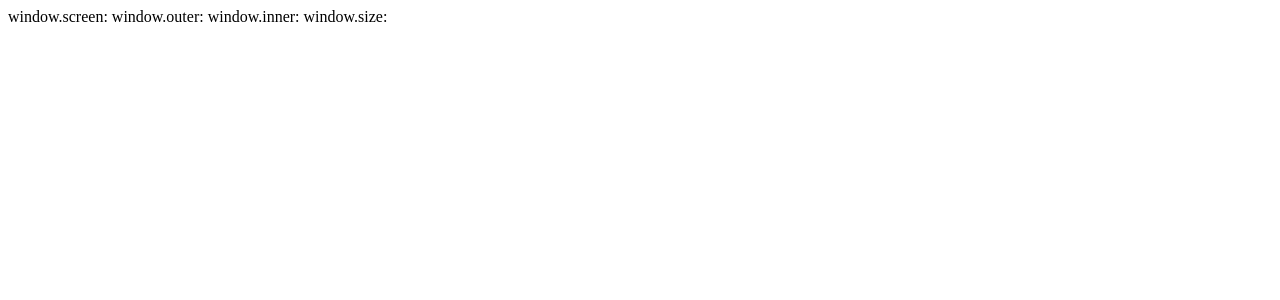
Repository: sephinejo/frontend-browser-101
Page: window_size.html
The author's editor kept a copy of each file at every save. The page is drawn from the files as they stood at one save, then again after the next save.
The browser window is 1280 px wide. The pictures show the whole page.

Above is the page before, as saved 2023-05-10 11:53:08.

### window_size.html
<!DOCTYPE html>
<html lang="en">
  <head>
    <meta charset="UTF-8" />
    <meta http-equiv="X-UA-Compatible" content="IE=edge" />
    <meta name="viewport" content="width=device-width, initial-scale=1.0" />
    <title>Window Sizes</title>
  </head>
  <body>
    <span>window.screen:</span>
    <span>window.outer:</span>
    <span>window.inner:</span>
    <span>window.size:</span>
  </body>
</html>

After the next save:
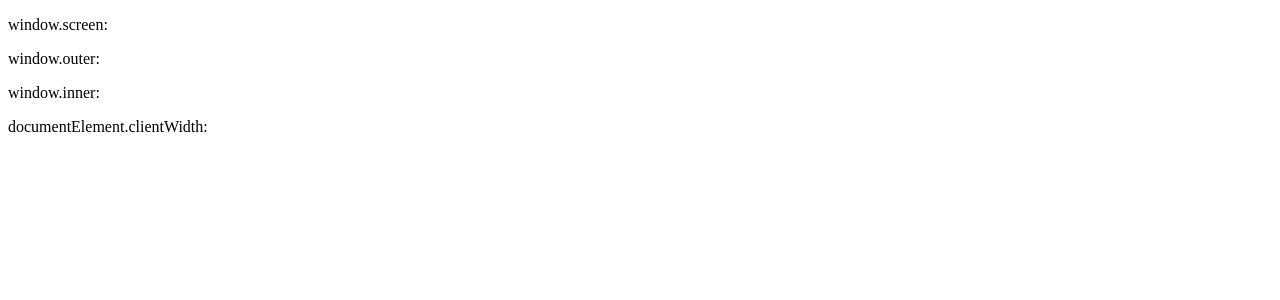
Console error: SyntaxError: Unexpected end of input
Saved 3 min 0 s later.
--- a/window_size.html
+++ b/window_size.html
@@ -7,9 +7,12 @@
     <title>Window Sizes</title>
   </head>
   <body>
-    <span>window.screen:</span>
-    <span>window.outer:</span>
-    <span>window.inner:</span>
-    <span>window.size:</span>
+    <p>window.screen: <span class="screen"></span></p>
+    <p>window.outer: <span class="outer"></span></p>
+    <p>window.inner: <span class="inner"></span></p>
+    <p>documentElement.clientWidth: <span class="clientWidth"></span></p>
+    <script>
+      const screen = window.
+    </script>
   </body>
 </html>
